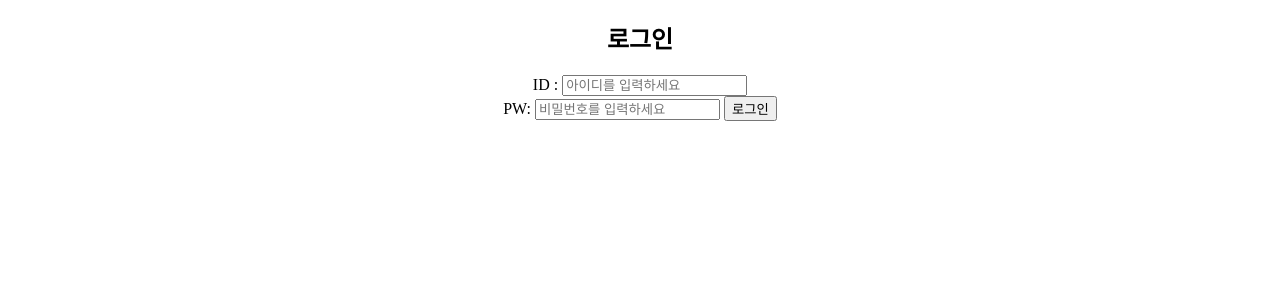
Repository: umhayun/myJSP
Page: HTML/src/main/webapp/login.html
The author's editor kept a copy of each file at every save. The page is drawn from the files as they stood at one save, then again after the next save.
The browser window is 1280 px wide. The pictures show the whole page.

Above is the page before, as saved 2022-01-18 01:36:07.

### HTML/src/main/webapp/login.html
<!DOCTYPE html>
<html>
<head>
<meta charset="UTF-8">
<title>Insert title here</title>
</head>
<body>
<span align=center>
<form action="">
<h2>로그인</h2>
<tr>
<td>ID : </td>
<td><input type="text" placeholder="아이디를 입력하세요"></td>
<br>
<td>PW: </td>
<td><input type="password" placeholder="비밀번호를 입력하세요"></td>

<td><input type=submit value="로그인"></td>
</tr>
</form>
</span>
</body>
</html>

After the next save:
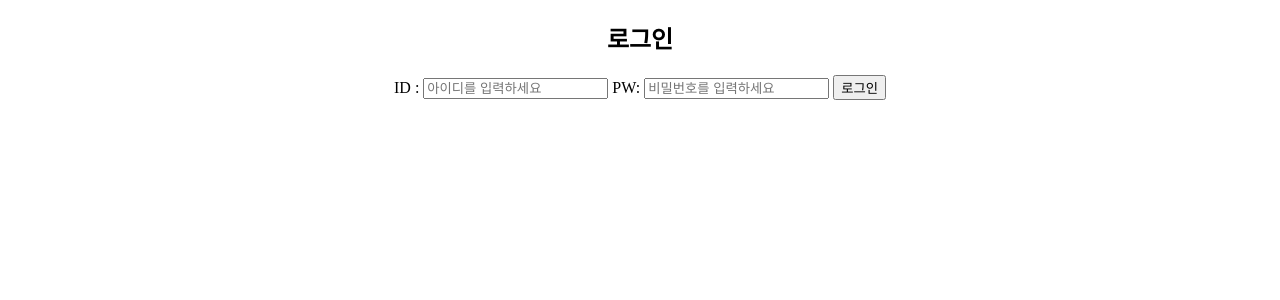
Saved 70 s later.
--- a/HTML/src/main/webapp/login.html
+++ b/HTML/src/main/webapp/login.html
@@ -11,12 +11,13 @@
 <tr>
 <td>ID : </td>
 <td><input type="text" placeholder="아이디를 입력하세요"></td>
-<br>
+</tr>
+<tr>
 <td>PW: </td>
 <td><input type="password" placeholder="비밀번호를 입력하세요"></td>
+</tr>
+<td><input type=submit value="로그인"></td>
 
-<td><input type=submit value="로그인"></td>
-</tr>
 </form>
 </span>
 </body>
